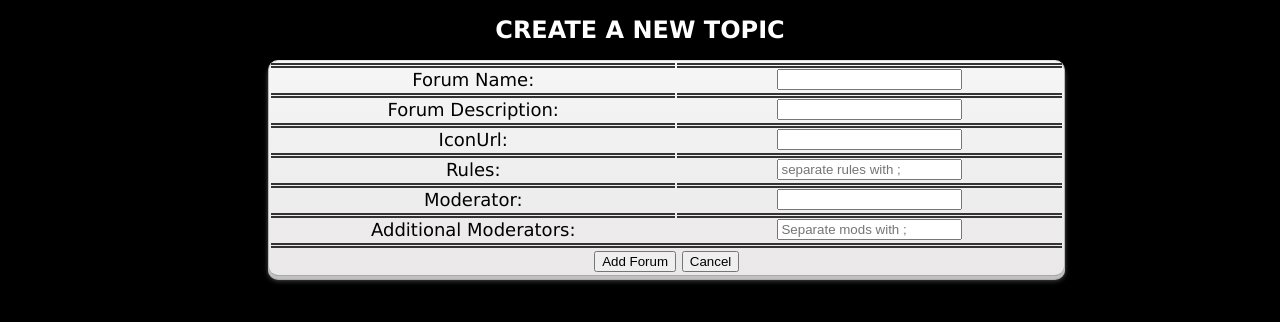
Repository: SuvakovSrdjan/WebForum
Page: http://localhost/Simple-web-forum/AddTopic.jsp
These files come from the project's save history. The page is drawn as it stood at one moment and after the next save; the edit follows.
The browser window is 1280 px wide. The pictures show the whole page.
The page is served by Tomcat 9. Other server files are loaded and not shown.

Above is the page before, as saved 2017-09-11 22:08:48.

### Simple-web-forum/WebContent/AddTopic.jsp
<%@ page language="java" contentType="text/html; charset=UTF-8"
    pageEncoding="UTF-8"%>
<!DOCTYPE html PUBLIC "-//W3C//DTD HTML 4.01 Transitional//EN" "http://www.w3.org/TR/html4/loose.dtd">
<html>
<head>
<meta http-equiv="Content-Type" content="text/html; charset=UTF-8">
<title>A new plight for otaku</title>
<link rel="stylesheet" type="text/css" href="WEB-SRC/StyleSettings.css">
</head>
<body>
<h1>CREATE A NEW TOPIC</h1>

	<form style="padding-left: 260px" name="forumForm" method="post" action="AddForumServlet">
		<table>
			<tr>
				<td>Forum Name:</td>
				<td><input type="text" name="forumName"></td>
			</tr>
			<tr>
				<td>Forum Description:</td>
				<td><input height="30px" type="text" name="forumDescription"></td>
			</tr>
			<tr>
				<td>IconUrl:</td>
				<td><input type="text" name="icoUrl"></td>
			</tr>
			<tr>
				<td>Rules:</td>
				<td><input type="text" placeholder="separate rules with ;" name="ruleList"></td>
			</tr>
			<tr>
				<td>Moderator:</td>
				<td><input type="text" name="modInChief"></td>
			</tr>
			<tr>
				<td>Additional Moderators:</td>
				<td><input type="text" placeholder="Separate mods with ; " name="plebMods"></td>
			</tr>
			<tr>
				<td colspan='2'><input type="submit" name="AddSubforum" value="Add Forum">
				<input type="submit" name="Cancel" value="Cancel">
			</tr>
		</table>
</form>

</body>
</html>

### Simple-web-forum/WebContent/WEB-SRC/StyleSettings.css
@charset "UTF-8";
body {
	background-color: activecaption;
	font: 12px Lucida sans, Arial, Helvetica, sans-serif;
	color: #333;
	text-align: center;
}

h1 {
	color: white;
}

ul {
	list-style-type:none;
    background-color: #444444;
	background-image: -webkit-gradient(linear, left top, left bottom, from(#444444), to(#eae8e8));
	background-image: -webkit-linear-gradient(top, #f6f6f6, #eae8e8);
	background-image: -moz-linear-gradient(top, #444444, #eae8e8);
	background-image: -ms-linear-gradient(top, #f6f6f6, #eae8e8);
	background-image: -o-linear-gradient(top, #f6f6f6, #eae8e8);
	background-image: linear-gradient(top, #f6f6f6, #eae8e8);
	border-color: #dedede #bababa #aaa #bababa;
	border-style: solid;
	border-width: 1px;
	-webkit-border-radius: 10px;
	-moz-border-radius: 10px;
	border-radius: 10px;
	-webkit-box-shadow: 0 3px 3px rgba(255,255,255,.1), 0 3px 0 #bbb, 0 4px 0 #aaa, 0 5px 5px #444;
	-moz-box-shadow: 0 3px 3px rgba(255,255,255,.1), 0 3px 0 #bbb, 0 4px 0 #aaa, 0 5px 5px #444;
	box-shadow: 0 3px 3px rgba(255,255,255,.1), 0 3px 0 #bbb, 0 4px 0 #aaa, 0 5px 5px #444;




    overflow: auto; /* Enable scrolling if the sidenav has too much content */
}
li {
   float: left;
   background-color: #444444;
	background-image: -webkit-gradient(linear, left top, left bottom, from(#444444), to(#eae8e8));
	background-image: -webkit-linear-gradient(top, #f6f6f6, #eae8e8);
	background-image: -moz-linear-gradient(top, #444444, #eae8e8);
	background-image: -ms-linear-gradient(top, #f6f6f6, #eae8e8);
	background-image: -o-linear-gradient(top, #f6f6f6, #eae8e8);
	background-image: linear-gradient(top, #f6f6f6, #eae8e8);
	border-color: #dedede #bababa #aaa #bababa;
	border-style: solid;
	border-width: 1px;
	-webkit-border-radius: 10px;
	-moz-border-radius: 10px;
	border-radius: 10px;
	-webkit-box-shadow: 0 3px 3px rgba(255,255,255,.1), 0 3px 0 #bbb, 0 4px 0 #aaa, 0 5px 5px #444;
	-moz-box-shadow: 0 3px 3px rgba(255,255,255,.1), 0 3px 0 #bbb, 0 4px 0 #aaa, 0 5px 5px #444;
	box-shadow: 0 3px 3px rgba(255,255,255,.1), 0 3px 0 #bbb, 0 4px 0 #aaa, 0 5px 5px #444;

	overflow: hidden;
	padding: 2px;
}
li:last-child {
    border-right-style: none;
    border-left-style: inset;
    border-left-color: #111111;
    float:right;
}
a {
    display: block;
    padding: 17px;
    background-color: #333333;
}

table{
		list-style-type:none;
    background-color: #444444;
	background-image: -webkit-gradient(linear, left top, left bottom, from(#444444), to(#eae8e8));
	background-image: -webkit-linear-gradient(top, #f6f6f6, #eae8e8);
	background-image: -moz-linear-gradient(top, #444444, #eae8e8);
	background-image: -ms-linear-gradient(top, #f6f6f6, #eae8e8);
	background-image: -o-linear-gradient(top, #f6f6f6, #eae8e8);
	background-image: linear-gradient(top, #f6f6f6, #eae8e8);
	border-color: #dedede #bababa #aaa #bababa;
	border-style: solid;
	border-width: 1px;
	-webkit-border-radius: 10px;
	-moz-border-radius: 10px;
	border-radius: 10px;
	-webkit-box-shadow: 0 3px 3px rgba(255,255,255,.1), 0 3px 0 #bbb, 0 4px 0 #aaa, 0 5px 5px #444;
	-moz-box-shadow: 0 3px 3px rgba(255,255,255,.1), 0 3px 0 #bbb, 0 4px 0 #aaa, 0 5px 5px #444;
	box-shadow: 0 3px 3px rgba(255,255,255,.1), 0 3px 0 #bbb, 0 4px 0 #aaa, 0 5px 5px #444;
	font-size:20;



    overflow: auto; /* Enable scrolling if the sidenav has too much content */
}
 td {
 	background-color: light-yellow;
 	Width: auto;
	Height: auto;
    border-style: none;
    border-top: thick double #333333;
    padding-left:100px;
	padding-right:100px;
	color: black;
	font-size: large;
 }
th {
 	background-color: light-yellow;
 	Width: 100%;
	Height: auto;
	font-size: large;
    border-style: none;
 }

header {
    background-color: #84e3e9;
    padding: 20px 0;
    padding-left:50px;
	padding-right:50px;
}
a:link {
    color: white;
    text-decoration: none;
    font-style: oblique;
}

/* visited link */
a:visited {
    color: white;
    text-decoration: none;
    font-style: oblique;
}

/* mouse over link */
a:hover {
    background-color: #31b2c3;
	background-image: -webkit-gradient(linear, left top, left bottom, from(#0483a0), to(#31b2c3));
	background-image: -webkit-linear-gradient(top, #0483a0, #31b2c3);
	background-image: -moz-linear-gradient(top, #0483a0, #31b2c3);
	background-image: -ms-linear-gradient(top, #0483a0, #31b2c3);
	background-image: -o-linear-gradient(top, #0483a0, #31b2c3);
	background-image: linear-gradient(top, #0483a0, #31b2c3);
}

/* selected link */
a:active {
    -webkit-box-shadow: 0 1px 4px rgba(0, 0, 0, 0.5) inset;
	-moz-box-shadow: 0 1px 4px rgba(0, 0, 0, 0.5) inset;
	box-shadow: 0 1px 4px rgba(0, 0, 0, 0.5) inset;
	outline: 0;
}


.form-wrapper {
	background-color: #444444;
	background-image: -webkit-gradient(linear, left top, left bottom, from(#444444), to(#eae8e8));
	background-image: -webkit-linear-gradient(top, #f6f6f6, #eae8e8);
	background-image: -moz-linear-gradient(top, #444444, #eae8e8);
	background-image: -ms-linear-gradient(top, #f6f6f6, #eae8e8);
	background-image: -o-linear-gradient(top, #f6f6f6, #eae8e8);
	background-image: linear-gradient(top, #f6f6f6, #eae8e8);
	border-color: #dedede #bababa #aaa #bababa;
	border-style: solid;
	border-width: 1px;
	-webkit-border-radius: 10px;
	-moz-border-radius: 10px;
	border-radius: 10px;
	-webkit-box-shadow: 0 3px 3px rgba(255,255,255,.1), 0 3px 0 #bbb, 0 4px 0 #aaa, 0 5px 5px #444;
	-moz-box-shadow: 0 3px 3px rgba(255,255,255,.1), 0 3px 0 #bbb, 0 4px 0 #aaa, 0 5px 5px #444;
	box-shadow: 0 3px 3px rgba(255,255,255,.1), 0 3px 0 #bbb, 0 4px 0 #aaa, 0 5px 5px #444;

	overflow: hidden;
	padding: 2px;
	width: 450px;
}

.form-wrapper #search {
	border: 1px solid #;
	-webkit-box-shadow: 0 1px 1px #ddd inset, 0 1px 0 #FFF;
	-moz-box-shadow: 0 1px 1px #ddd inset, 0 1px 0 #FFF;
	box-shadow: 0 1px 1px #ddd inset, 0 1px 0 #FFF;
	-webkit-border-radius: 3px;
	-moz-border-radius: 3px;
	border-radius: 3px;
  color: #999;
	float: left;
	font: 16px Lucida Sans, Trebuchet MS, Tahoma, sans-serif;
	height: 12px;
	padding: 10px;
	width: 320px;
}
form{
	float: left;
}

.form-wrapper #search:focus {
	border-color: #aaa;
	-webkit-box-shadow: 0 1px 1px #bbb inset;
	-moz-box-shadow: 0 1px 1px #bbb inset;
	box-shadow: 0 1px 1px #bbb inset;
	outline: 0;
}

.form-wrapper #search:-moz-placeholder,
.form-wrapper #search:-ms-input-placeholder,
.form-wrapper #search::-webkit-input-placeholder {
	color: #999;
	font-weight: normal;
}

.form-wrapper #submit {
	background-color: #0483a0;
	background-image: -webkit-gradient(linear, left top, left bottom, from(#31b2c3), to(#0483a0));
	background-image: -webkit-linear-gradient(top, #31b2c3, #0483a0);
	background-image: -moz-linear-gradient(top, #31b2c3, #0483a0);
	background-image: -ms-linear-gradient(top, #31b2c3, #0483a0);
	background-image: -o-linear-gradient(top, #31b2c3, #0483a0);
	background-image: linear-gradient(top, #31b2c3, #0483a0);
	border: 1px solid #00748f;
	-moz-border-radius: 3px;
	-webkit-border-radius: 3px;
	border-radius: 3px;
	-webkit-box-shadow: 0 1px 0 rgba(255, 255, 255, 0.3) inset, 0 1px 0 #FFF;
	-moz-box-shadow: 0 1px 0 rgba(255, 255, 255, 0.3) inset, 0 1px 0 #FFF;
	box-shadow: 0 1px 0 rgba(255, 255, 255, 0.3) inset, 0 1px 0 #FFF;
	color: #fafafa;
	cursor: pointer;
	height: 42px;
	float: right;
	font: 15px Arial, Helvetica;
	padding: 0;
	text-transform: uppercase;
	text-shadow: 0 1px 0 rgba(0, 0 ,0, .3);
	width: 100px;
}

.form-wrapper #submit:hover,
.form-wrapper #submit:focus {
	background-color: #31b2c3;
	background-image: -webkit-gradient(linear, left top, left bottom, from(#0483a0), to(#31b2c3));
	background-image: -webkit-linear-gradient(top, #0483a0, #31b2c3);
	background-image: -moz-linear-gradient(top, #0483a0, #31b2c3);
	background-image: -ms-linear-gradient(top, #0483a0, #31b2c3);
	background-image: -o-linear-gradient(top, #0483a0, #31b2c3);
	background-image: linear-gradient(top, #0483a0, #31b2c3);
}

.form-wrapper #submit:active {
	-webkit-box-shadow: 0 1px 4px rgba(0, 0, 0, 0.5) inset;
	-moz-box-shadow: 0 1px 4px rgba(0, 0, 0, 0.5) inset;
	box-shadow: 0 1px 4px rgba(0, 0, 0, 0.5) inset;
	outline: 0;
}

.form-wrapper #submit::-moz-focus-inner {
	border: 0;
}

After the next save:
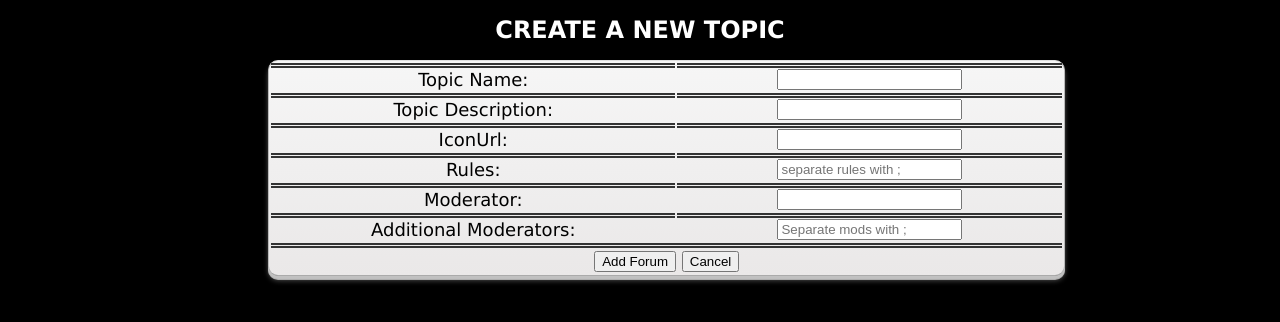
Saved 23 s later.
--- a/Simple-web-forum/WebContent/AddTopic.jsp
+++ b/Simple-web-forum/WebContent/AddTopic.jsp
@@ -10,14 +10,14 @@
 <body>
 <h1>CREATE A NEW TOPIC</h1>
 
-	<form style="padding-left: 260px" name="forumForm" method="post" action="AddForumServlet">
+	<form style="padding-left: 260px" name="forumForm" method="post" action="AddTopicServlet">
 		<table>
 			<tr>
-				<td>Forum Name:</td>
+				<td>Topic Name:</td>
 				<td><input type="text" name="forumName"></td>
 			</tr>
 			<tr>
-				<td>Forum Description:</td>
+				<td>Topic Description:</td>
 				<td><input height="30px" type="text" name="forumDescription"></td>
 			</tr>
 			<tr>
